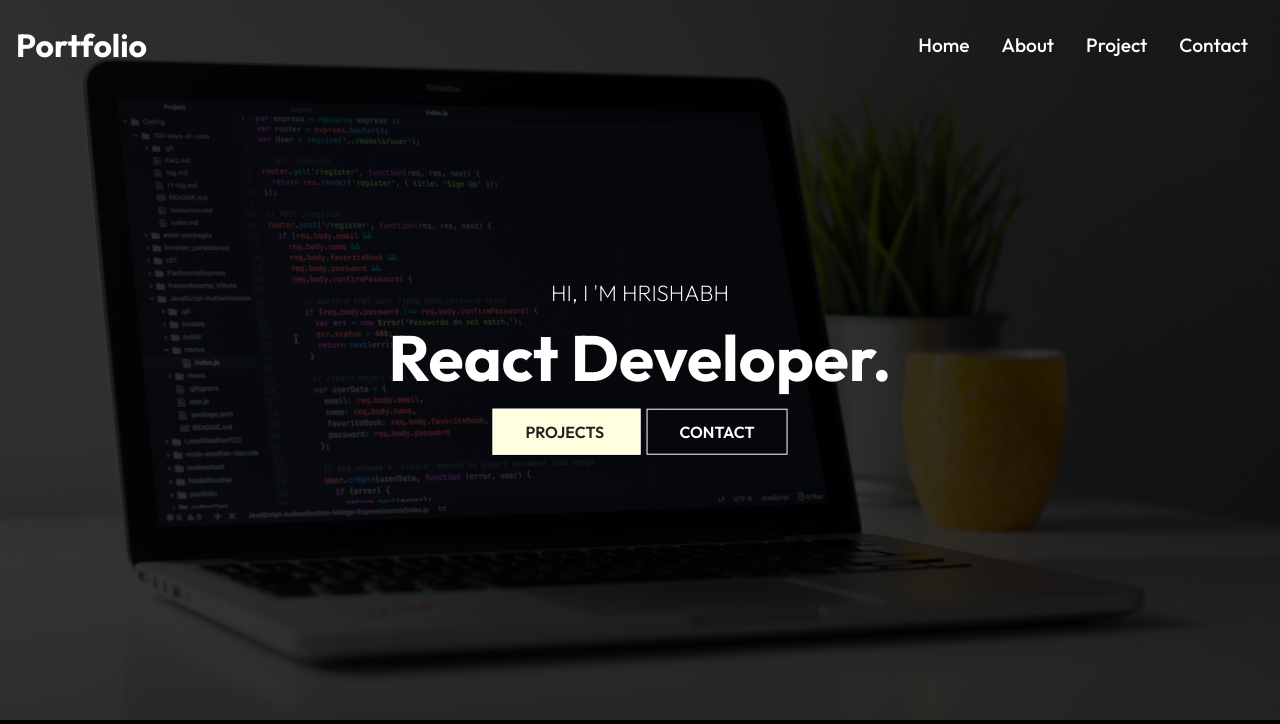
Repository: Hrishabhsinghai/Portfolio
Page: /
An editor plug-in stored every save of this project. The page is shown before and after a run of saves, followed by the edit.
The browser window is 1280 px wide. The pictures show the whole page.
The project was rebuilt for these pictures with package versions that can differ from the ones it lists, and the page was loaded fresh each time. Also part of the build but not shown: src/routes/About.js, src/routes/Project.js, src/routes/Contact.js.

Above is the page before, as saved 2024-01-04 15:28:05.

After the next 2 saves:
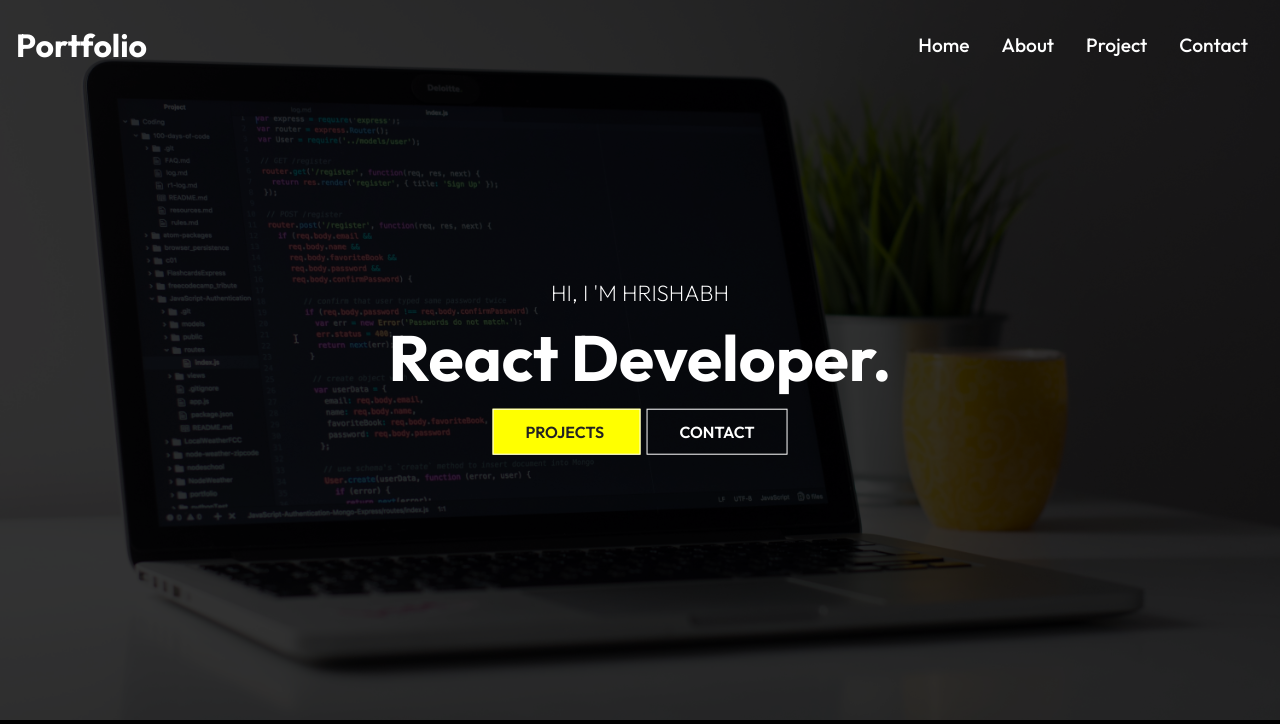
The 2 saves are shown as one change because they came seconds apart.
The last was saved 14 s later.
--- a/src/index.css
+++ b/src/index.css
@@ -30,7 +30,7 @@ ul {
   border: 1px solid #fff;
   font-weight: 600;
   cursor: pointer;
-  background-color: lightyellow;
+  background: yellow;
 }
 
 .btn-light {
